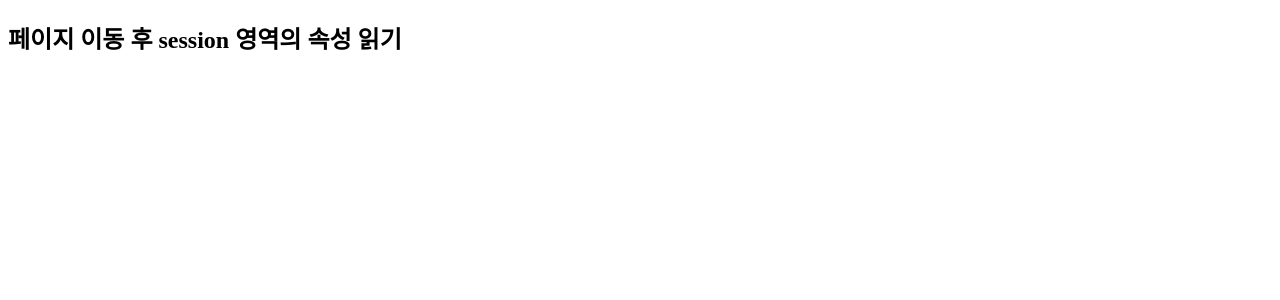
Repository: achul1026/jspStudy
Page: http://localhost/MustHaveJSP/03Scope/SessionMain.jsp
These files come from the project's save history. The page is drawn as it stood at one moment and after the next save; the edit follows.
The browser window is 1280 px wide. The pictures show the whole page.
The page is served by Tomcat 9.

Above is the page before, as saved 2022-09-24 03:26:21.

After the next save:
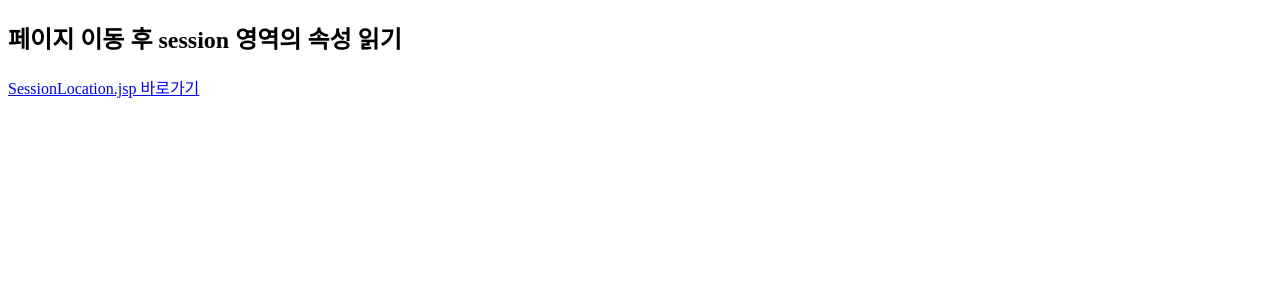
Saved 28 s later.
--- a/MustHaveJSP/src/main/webapp/03Scope/SessionMain.jsp
+++ b/MustHaveJSP/src/main/webapp/03Scope/SessionMain.jsp
@@ -14,5 +14,6 @@
 </head>
 <body>
 	<h2>페이지 이동 후 session 영역의 속성 읽기</h2>
+	<a href="SessionLocation.jsp">SessionLocation.jsp 바로가기</a>
 </body>
 </html>
